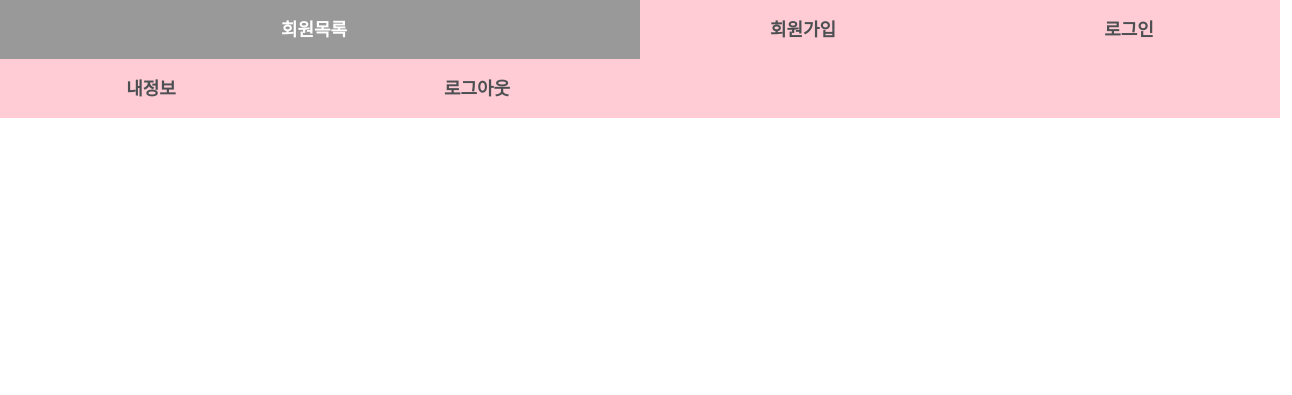
Repository: pyeonm30/PYMjspWorkspace
Page: http://localhost/MemberMVC1/02_memberLogin.jsp
The author's editor kept a copy of each file at every save. The page is drawn from the files as they stood at one save, then again after the next save.
The browser window is 1280 px wide. The page is 1292 px wide, so the pictures cover 1292 px, including what lies to the right of the window. The pictures show the whole page.
The page is served by Tomcat 10.

Above is the page before, as saved 2024-02-02 08:34:31.

After the next save:
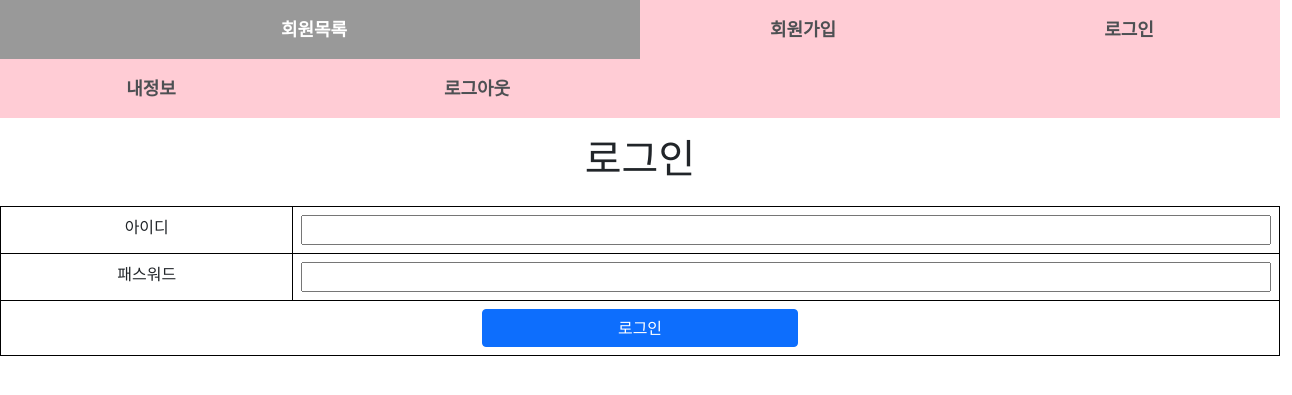
Saved 15 min 27 s later.
--- a/MemberMVC1/src/main/webapp/02_memberLogin.jsp
+++ b/MemberMVC1/src/main/webapp/02_memberLogin.jsp
@@ -1,6 +1,23 @@
 <%@ page language="java" contentType="text/html; charset=UTF-8"
     pageEncoding="UTF-8"%>
 <%@ include file= "header.jsp" %>
+<h1 class="py-3"> 로그인 </h1>
 
+<form action="02_memberLoginPro.jsp" method="post">
+<table class="table table-bordered">
+  <tr>
+    <td>아이디</td>
+    <td><input class="col-12" type="text" name="id"/></td>
+  </tr>
+  <tr>
+    <td>패스워드</td>
+    <td><input class="col-12" type="password" name="pw"/></td>
+  </tr>
+  <tr>
+    <td colspan="2" align="center">
+      <input type="submit" value="로그인" class="col-3 btn btn-primary"/>
+    </td>
+  </tr>
+</table>
 </body>
 </html>
